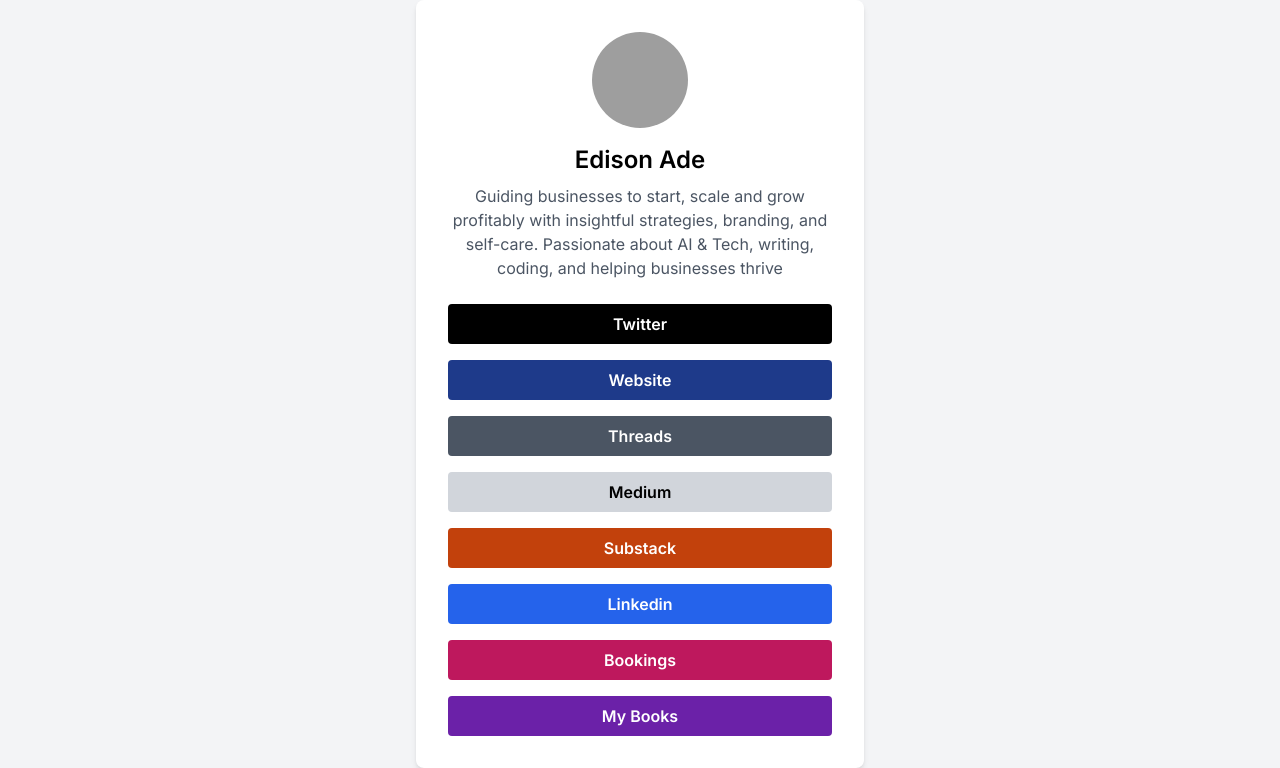
Repository: buzzedison/edisonlink
Page: /
These files come from the project's save history. The page is drawn as it stood at one moment and after the next save; the edit follows.
The browser window is 1280 px wide. The pictures show the whole page.
Pictures or frames that could not be fetched are drawn as grey boxes. The project was rebuilt for these pictures with package versions that can differ from the ones it lists, and the page was loaded fresh each time. The framework's server and built-in components were replaced by stand-ins that run in the browser. Also part of the build but not shown: next.config.js.

Above is the page before, as saved 2023-07-08 12:03:41.

### app/layout.js
import './globals.css'
import { Inter } from 'next/font/google'

const inter = Inter({ subsets: ['latin'] })

export const metadata = {
  title: 'Edison Ade: Business Strategist and Digital Transformation Specialist',
  description: 'Aspiring Venture Capitalist | Entrepreneur | Business Coach | Digital Marketing Enthusiast | Writer | Coder | Sports Fan | Movie Buff',
}

export default function RootLayout({ children }) {
  return (
    <html lang="en">
      <body className={inter.className}>{children}</body>
    </html>
  )
}

### app/page.js
import Image from "next/image"

export default function Home() {
  return (
    <>
     <div className="min-h-screen bg-gray-100 flex items-center justify-center">
        <div className="bg-white p-8 rounded-lg shadow-md w-full max-w-md">
          <div className="flex flex-col items-center mb-6">
            <Image
              className="w-24 h-24 rounded-full object-cover"
              width={200}
              height={200}
              src="/images/edison.jpg"
              alt="Your Name"
            />
            <h1 className="mt-4 text-2xl font-semibold">Edison Ade</h1>
            <p className="text-gray-600 text-center mt-2">
            Guiding businesses to start, scale and grow profitably with insightful strategies, branding, and self-care. Passionate about AI & Tech, writing, coding, and helping businesses thrive
            </p>
          </div>

          <ul className="space-y-4">
            {/* Add your links below */}
            <li>
              <a
                href="https://twitter.com/buzzedison"
                target="_blank"
                rel="noopener noreferrer"
                className="block w-full text-center py-2 px-4 rounded bg-black hover:bg-gray-700 text-white font-semibold"
              >
                Twitter
              </a>
            </li>
            <li>
              <a
                href="https://buzzedisoncom"
                target="_blank"
                rel="noopener noreferrer"
                className="block w-full text-center py-2 px-4 rounded bg-blue-900 hover:bg-blue-700 text-white font-semibold"
              >
                Website
              </a>
            </li>

            <li>
              <a
                href="https://www.threads.net/@gbengaedison"
                target="_blank"
                rel="noopener noreferrer"
                className="block w-full text-center py-2 px-4 rounded bg-gray-600 hover:bg-gray-400 text-white font-semibold"
              >
                Threads
              </a>
            </li>

            <li>
              <a
                href="https://buzzedison.medium.com/"
                target="_blank"
                rel="noopener noreferrer"
                className="block w-full text-center py-2 px-4 rounded bg-gray-300 hover:bg-gray-400 text-black font-semibold"
              >
               Medium
              </a>
            </li>

            <li>
              <a
                href="https://futureforwardhub.substack.com/"
                target="_blank"
                rel="noopener noreferrer"
                className="block w-full text-center py-2 px-4 rounded bg-orange-700 hover:bg-orange-500 text-white font-semibold"
              >
              Substack
              </a>
            </li>

            <li>
              <a
                href="https://www.linkedin.com/in/buzzedison/"
                target="_blank"
                rel="noopener noreferrer"
                className="block w-full text-center py-2 px-4 rounded bg-blue-600 hover:bg-blue-500 text-white font-semibold"
              >
               Linkedin
              </a>
            </li>

            <li>
              <a
                href="https://outlook.office365.com/owa/calendar/BuzzedisonConsulting@bloopglobal.com/bookings/"
                target="_blank"
                rel="noopener noreferrer"
                className="block w-full text-center py-2 px-4 rounded bg-pink-700 hover:bg-pink-600 text-white font-semibold"
              >
               Bookings
              </a>
            </li>

            <li>
              <a
                href="https://www.amazon.com/stores/author/B09HP3QSSC/allbooks"
                target="_blank"
                rel="noopener noreferrer"
                className="block w-full text-center py-2 px-4 rounded bg-purple-800 hover:bg-purple-700 text-white font-semibold"
              >
              My Books
              </a>
            </li>
          </ul>
        </div>
        </div>
    </>
  )
}

Loaded but not shown: app/globals.css (common file); tailwind.config.js (common file)

After the next save:
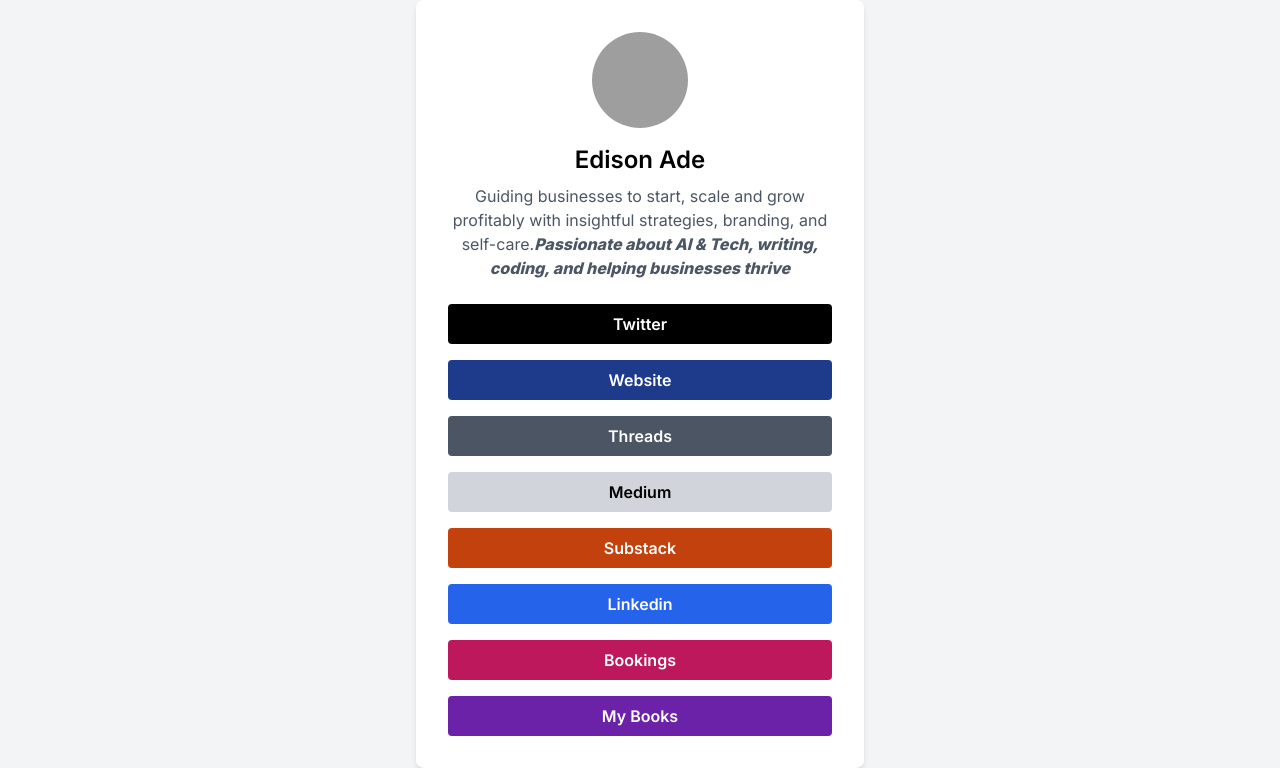
Saved 52 s later.
--- a/app/page.js
+++ b/app/page.js
@@ -15,7 +15,8 @@
             />
             <h1 className="mt-4 text-2xl font-semibold">Edison Ade</h1>
             <p className="text-gray-600 text-center mt-2">
-            Guiding businesses to start, scale and grow profitably with insightful strategies, branding, and self-care. Passionate about AI & Tech, writing, coding, and helping businesses thrive
+            Guiding businesses to start, scale and grow profitably with insightful strategies, branding, and self-care.
+            <span className="font-extrabold italic">Passionate about AI & Tech, writing, coding, and helping businesses thrive </span>
             </p>
           </div>
 
